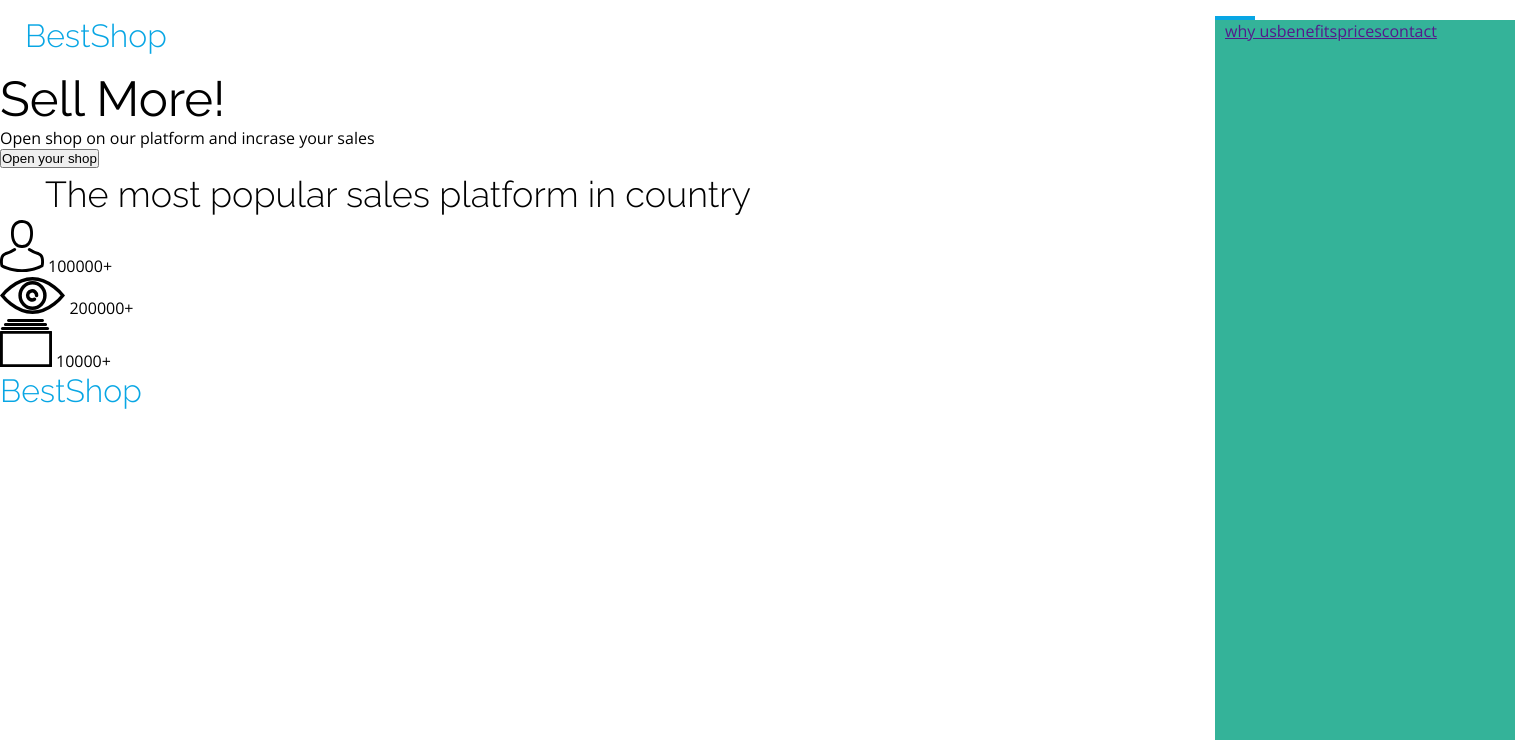
Repository: artwol993/BestShop
Page: index.html
These files come from the project's save history. The page is drawn as it stood at one moment and after the next save; the edit follows.
The browser window is 1280 px wide. The page is 1515 px wide, so the pictures cover 1515 px, including what lies to the right of the window. The pictures show the whole page.
The style sheet was rebuilt from its Sass, Less or Tailwind sources for each picture, by a compiler version that may differ from the author's.

Above is the page before, as saved 2020-05-26 22:44:55.

After the next save:
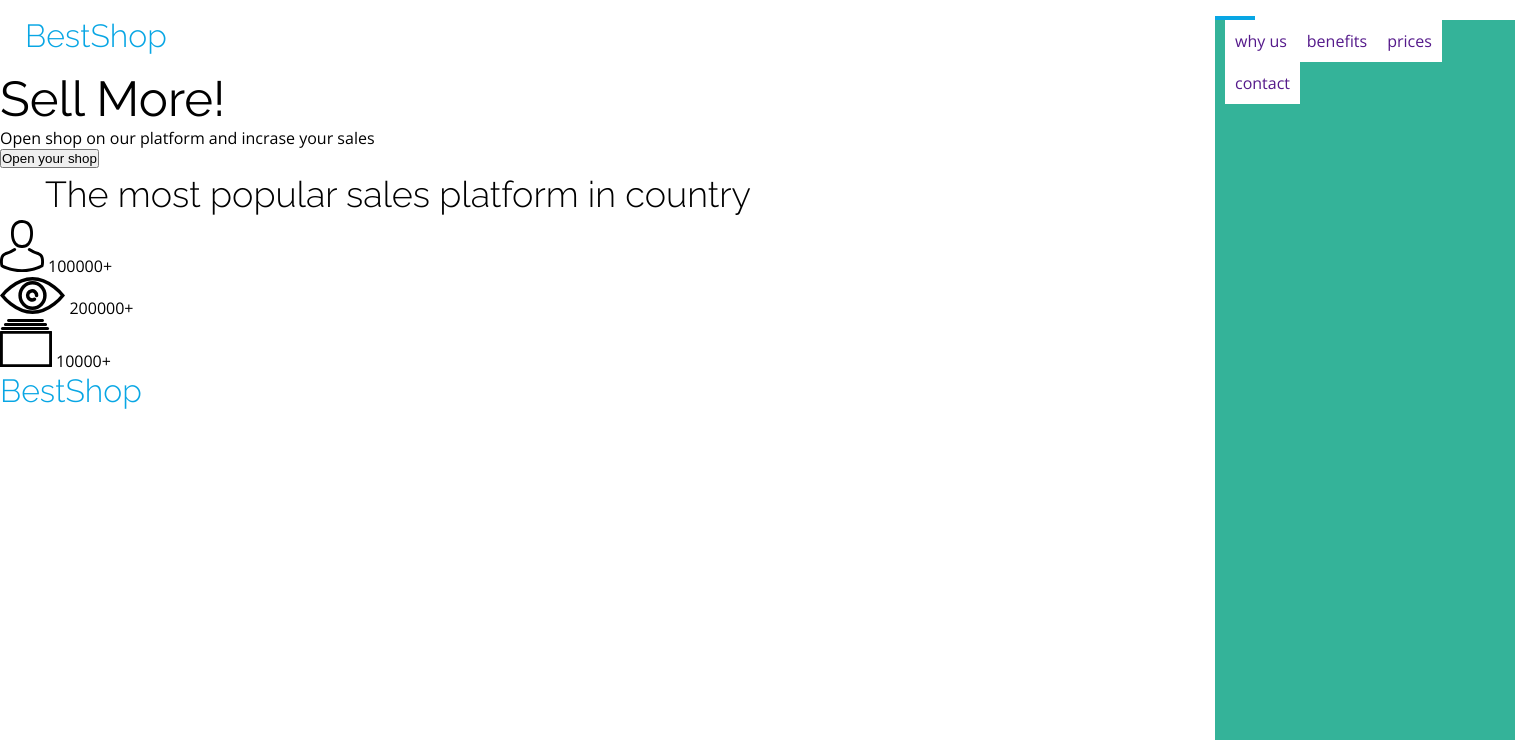
Saved 73 s later.
--- a/scss/main.scss
+++ b/scss/main.scss
@@ -123,7 +123,7 @@
     list-style-type: none;
     align-content: flex-start;
   }
-  .side-menu ul li {
+  .side-__menu ul li {
     display: flex;
     height: 30px;
     background: #ffffff;
@@ -135,7 +135,7 @@
 
   }
 
-  .side-menu ul li a {
+  .side__menu ul li a {
     display: flex;
     padding: 10px;
     align-items: center;
@@ -146,6 +146,6 @@
     box-sizing: border-box;
   }
 
-  .side-menu-trigger:focus ~ .side-menu, .side-menu:hover {
+  .hamburger:focus ~ .side__menu, .side__menu:hover {
     transform: translateX(-300px);
   }
